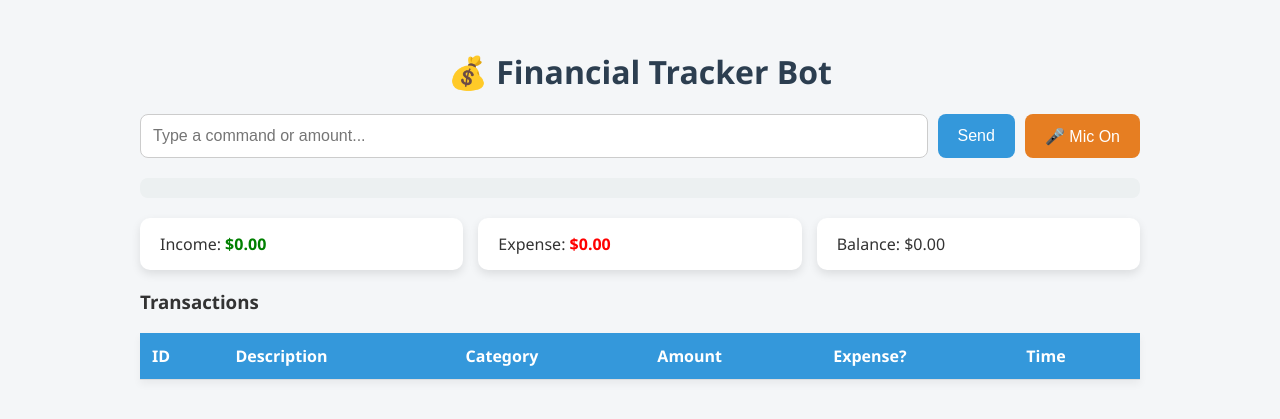
Repository: Aroxy22/finance-tracker
Page: backend/index.html
An editor plug-in stored every save of this project. The page is shown before and after the next save, followed by the edit.
The browser window is 1280 px wide. The pictures show the whole page.
The page's requests for data from a server got no answer.

Above is the page before, as saved 2025-09-08 19:16:20.

After the next save:
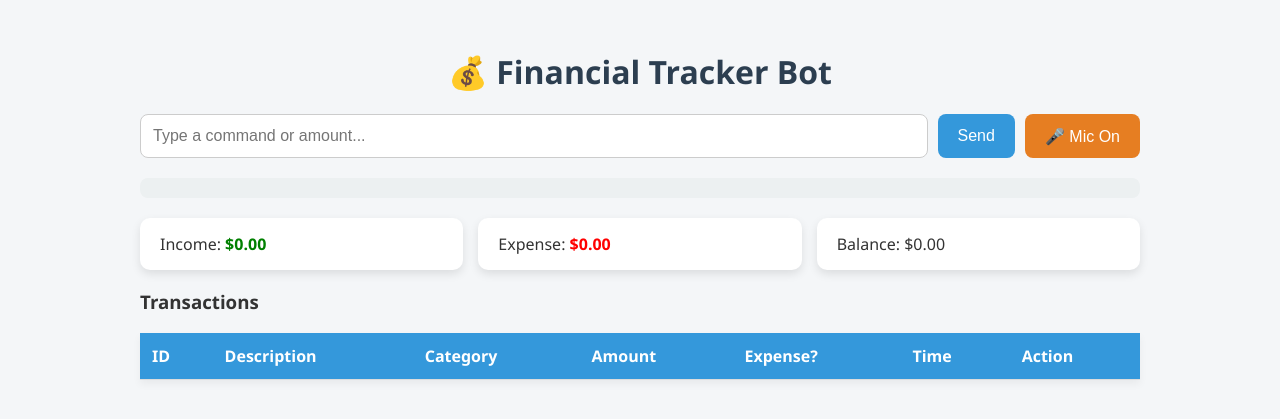
Saved 3 h 46 min later.
--- a/backend/index.html
+++ b/backend/index.html
@@ -115,10 +115,23 @@ button:hover {
     font-weight: 600;
     box-shadow: 0 4px 10px rgba(0,0,0,0.2);
     animation: slideIn 0.5s ease-out;
+    max-width: 300px;
+    word-wrap: break-word;
 }
 @keyframes slideIn {
     0% { transform: translateX(100%); opacity: 0; }
     100% { transform: translateX(0); opacity: 1; }
+}
+.delete-btn {
+    padding: 4px 8px;
+    background: #e74c3c;
+    color: white;
+    border: none;
+    border-radius: 6px;
+    cursor: pointer;
+}
+.delete-btn:hover {
+    background: #c0392b;
 }
 </style>
 </head>
@@ -147,6 +160,7 @@ button:hover {
                     <th>Amount</th>
                     <th>Expense?</th>
                     <th>Time</th>
+                    <th>Action</th>
                 </tr>
             </thead>
             <tbody id="txBody"></tbody>
@@ -179,10 +193,13 @@ async function sendCommand(text){
 
     if(data.status==="ok" && data.action==="added"){
         showNotification(data);
+    } else if(data.status === "error"){
+        showNotification({message: data.message, is_expense: false, error: true});
     }
 
     listTransactions();
     showSummary();
+    document.getElementById("textInput").value = ""; // clear input
 }
 
 function sendText(){
@@ -205,9 +222,10 @@ async function listTransactions(){
                 <td>${tx.id}</td>
                 <td>${tx.desc}</td>
                 <td>${tx.category}</td>
-                <td class="${tx.is_expense?'expense':'income'}">$${tx.amount.toFixed(2)}</td>
+                <td class="${tx.is_expense ? 'expense' : 'income'}">$${tx.amount.toFixed(2)}</td>
                 <td>${tx.is_expense ? "Yes" : "No"}</td>
                 <td>${new Date(tx.ts).toLocaleString()}</td>
+                <td><button class="delete-btn" onclick="deleteTransaction(${tx.id})">Delete</button></td>
             `;
             txBody.appendChild(tr);
         });
@@ -231,16 +249,39 @@ async function showSummary(){
 function showNotification(data){
     const notif = document.createElement("div");
     notif.className = "notification-card";
-    notif.style.background = data.is_expense ? "#e74c3c" : "#2ecc71";
-    notif.innerText = `Transaction Added:
-ID: ${data.id}
-Amount: $${data.amount.toFixed(2)}
-Category: ${data.category}
-Expense?: ${data.is_expense ? "Yes" : "No"}`;
+    if(data.error){
+        notif.style.background = "#e67e22";
+        notif.innerText = `Error: ${data.message}`;
+    } else {
+        notif.style.background = data.is_expense ? "#e74c3c" : "#2ecc71";
+        notif.innerText = `Transaction Added:\nID: ${data.id}\nAmount: $${data.amount.toFixed(2)}\nCategory: ${data.category}\nExpense?: ${data.is_expense ? "Yes" : "No"}`;
+    }
     notificationDiv.appendChild(notif);
+    notificationDiv.scrollTop = notificationDiv.scrollHeight; // scroll to newest
     setTimeout(()=> notif.remove(), 4000);
 }
 
+async function deleteTransaction(id){
+    try {
+        const res = await fetch("/api/command", {
+            method: "POST",
+            headers: {"Content-Type":"application/json"},
+            body: JSON.stringify({text: `delete ${id}`})
+        });
+        const data = await res.json();
+        if(data.status==="ok"){
+            showNotification({message: `Deleted transaction ${id}`, is_expense: false});
+            listTransactions();
+            showSummary();
+        } else {
+            showNotification({message: data.message || "Delete failed", is_expense: false, error:true});
+        }
+    } catch(err){
+        showNotification({message: err.message, is_expense: false, error:true});
+    }
+}
+
+// Speech recognition
 const speechBtn = document.getElementById("speechBtn");
 let recognition, micOn=false;
 if('webkitSpeechRecognition' in window){
@@ -253,7 +294,7 @@ if('webkitSpeechRecognition' in window){
         let transcript = event.results[event.results.length-1][0].transcript;
         document.getElementById("textInput").value = transcript;
     };
-    recognition.onerror = function(event){ alert("Speech error: "+event.error); };
+    recognition.onerror = function(event){ showNotification({message:"Speech error: "+event.error, is_expense:false, error:true}); };
 
     speechBtn.onclick = () => {
         if(!micOn){
@@ -273,6 +314,7 @@ if('webkitSpeechRecognition' in window){
     speechBtn.innerText="Mic not supported";
 }
 
+// Initial load
 listTransactions();
 showSummary();
 </script>
